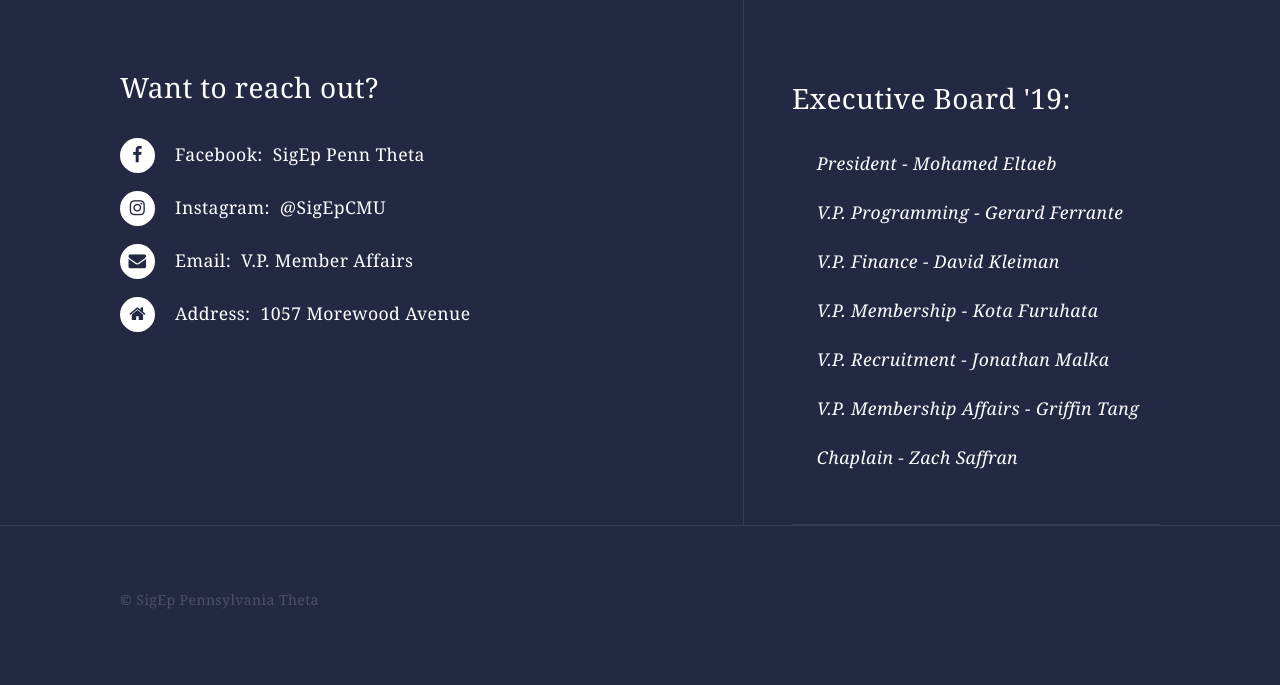
Repository: sigeppenntheta/sigeppenntheta.github.io
Page: index.html
These files come from the project's save history. The page is drawn as it stood at one moment and after the next save; the edit follows.
The browser window is 1280 px wide. The pictures show the part of the page from y = 1180 to 1865 px (the page is 1865 px tall).

Above is the page before, as saved 2019-11-24 18:02:53.

### index.html
<!DOCTYPE HTML>
<html>
	<head>
		<title>SigEp CMU</title>
		<meta charset="utf-8" />
		<meta name="viewport" content="width=device-width, initial-scale=1, user-scalable=no" />
		<link rel="stylesheet" href="assets/css/main.css" />
		<noscript><link rel="stylesheet" href="assets/css/noscript.css" /></noscript>
		<!-- Google Analytics to taylor -->
		<script async src="https://www.googletagmanager.com/gtag/js?id=UA-74339615-3"></script>
		<script>
		  window.dataLayer = window.dataLayer || [];
		  function gtag(){dataLayer.push(arguments);}
		  gtag('js', new Date());

		  gtag('config', 'UA-74339615-3');
		</script>
	</head>
	<link rel="icon" type="image/png" href="images/favicon.png">
	<body class="is-preload">

		<!-- Wrapper -->
			<div id="wrapper">

				<!-- Header -->
					<header id="header" class="alt">
						<a href="index.html" class="logo"><strong>SigEp </strong> <span>Carnegie Mellon University</span></a>
						<nav>
							<a href="#menu">Menu</a>
						</nav>
					</header>

				<!-- Menu -->
					<nav id="menu">
						<ul class="links">
							<li><a href="rush.html" class="button primary fit">Rush</a></li>
							<li><a href="index.html" class="button fit">Home</a></li>
							<li><a href="careers.html">Careers</a></li>
							<li><a href="brothers.html">Values</a></li>
							<li><a href="scholarship.html">Scholarship</a></li>
							<li><a href="campus.html">Campus</a></li>
							<li><a href="portal.html">Portal</a></li>
							<li><a href="donate.html">Donate</a></li>
						</ul>
					</nav>

				<!-- Banner -->
					<section id="banner" class="major">
						<div class="inner">
							<header class="major" align="center">
								<h1>SIGMA PHI EPSILON</h1>
							</header>



							<div class="actions" align="center">
									<a href="rush.html" class="button scrolly">Rush Fall '19</a>
							</div>
						</div>
					</section>

				<!-- Main -->
					<div id="main">

						<!-- One -->
							<section id="one" class="tiles">
								<article>
									<span class="image">
										<img src="images/pic01.jpg" alt="" />
									</span>
									<header class="major">
										<h3><a href="careers.html" class="link">Where We Go</a></h3>
										<p>Forging Careers</p>
									</header>
								</article>
								<article>
									<span class="image">
										<img src="images/pic02.jpg" alt="" />
									</span>
									<header class="major">
										<h3><a href="brothers.html" class="link">Who We Are</a></h3>
										<p>Virtue, Dilligence, Brotherly Love</p>
									</header>
								</article>
								<article>
									<span class="image">
										<img src="images/pic03.jpg" alt="" />
									</span>
									<header class="major">
										<h3><a href="campus.html" class="link">What We Do</a></h3>
										<p>Campus Impact & The Big 3</p>
									</header>
								</article>
								<article>
									<span class="image">
										<img src="images/pic04.jpg" alt="" />
									</span>
									<header class="major">
										<h3><a href="portal.html" class="link">Portal</a></h3>
										<p>Store, Utilities, & More</p>
									</header>
								</article>
							</section>
					</div>

				<!-- Contact -->
					<section id="contact">
						<div class="inner">
							<section>
								<header>
								<h2>Want to reach out?</h2>
									<h4><span class="icon alt fa-facebook"></span>&nbsp;&nbsp;&nbsp;&nbsp;Facebook:&nbsp;&nbsp;<a href="https://www.facebook.com/SigEpPennTheta/">SigEp Penn Theta</a></h4>

									<h4><span class="icon alt fa-instagram"></span>&nbsp;&nbsp;&nbsp;&nbsp;Instagram:&nbsp;&nbsp;<a href="https://www.instagram.com/sigepcmu/">@SigEpCMU</a></h4>

									<h4><span class="icon alt fa-envelope"></span>&nbsp;&nbsp;&nbsp;&nbsp;Email:&nbsp;&nbsp;<a href="mailto:cmusigepvpc@gmail.com">V.P. Member Affairs</a></h4>

									<h4><span class="icon alt fa-home"></span>&nbsp;&nbsp;&nbsp;&nbsp;Address:&nbsp;&nbsp;<a href="https://goo.gl/maps/PK9kApcZ1p72">1057 Morewood Avenue</a></h4>
								</header>
							</section>
							<div class="inner">
							<section id="contact">
								<header>
								<h2 class = "excomm">Executive Board '19:</h2>
									<i>
									<ul>
										<li><a href="https://www.facebook.com/moeltaeb" target="_blank">President - Mohamed Eltaeb</a></li>

										<li><a href="https://www.facebook.com/gerardferrante1" target="_blank">V.P. Programming - Gerard Ferrante</a></li>

										<li><a href="https://www.facebook.com/david.kleiman.9" target="_blank">V.P. Finance - David Kleiman</a></li>

										<li><a href="https://www.facebook.com/kota.furuhata" target="_blank">V.P. Membership - Kota Furuhata</a></li>

										<li><a href="https://www.facebook.com/jonathan.malka.14" target="_blank">V.P. Recruitment - Jonathan Malka</a></li>

										<li><a href="https://www.facebook.com/grifftang" target="_blank">V.P. Membership Affairs - Griffin Tang</a></li>

										<li><a href="https://www.facebook.com/zachsaff" target="_blank">Chaplain - Zach Saffran</a></li>
									</i>
								</header>
							</section>
							</div>
						</div>
					</section>

				<!-- Footer -->
					<footer id="footer">
						<div class="inner">
							<ul class="copyright">
								<li>&copy; SigEp Pennsylvania Theta</li>
							</ul>
						</div>
					</footer>

			</div>

		<!-- Scripts -->
			<script src="assets/js/jquery.min.js"></script>
			<script src="assets/js/jquery.scrolly.min.js"></script>
			<script src="assets/js/jquery.scrollex.min.js"></script>
			<script src="assets/js/browser.min.js"></script>
			<script src="assets/js/breakpoints.min.js"></script>
			<script src="assets/js/util.js"></script>
			<script src="assets/js/main.js"></script>

	</body>
</html>

Loaded but not shown: assets/css/font-awesome.min.css (library); assets/js/jquery.min.js (library); assets/js/jquery.scrolly.min.js (common file); assets/js/jquery.scrollex.min.js (common file); assets/js/browser.min.js (common file); assets/js/breakpoints.min.js (common file); assets/js/util.js (587 lines, source omitted); assets/js/main.js (335 lines, source omitted); assets/css/main.css (3944 lines, source omitted)

After the next save:
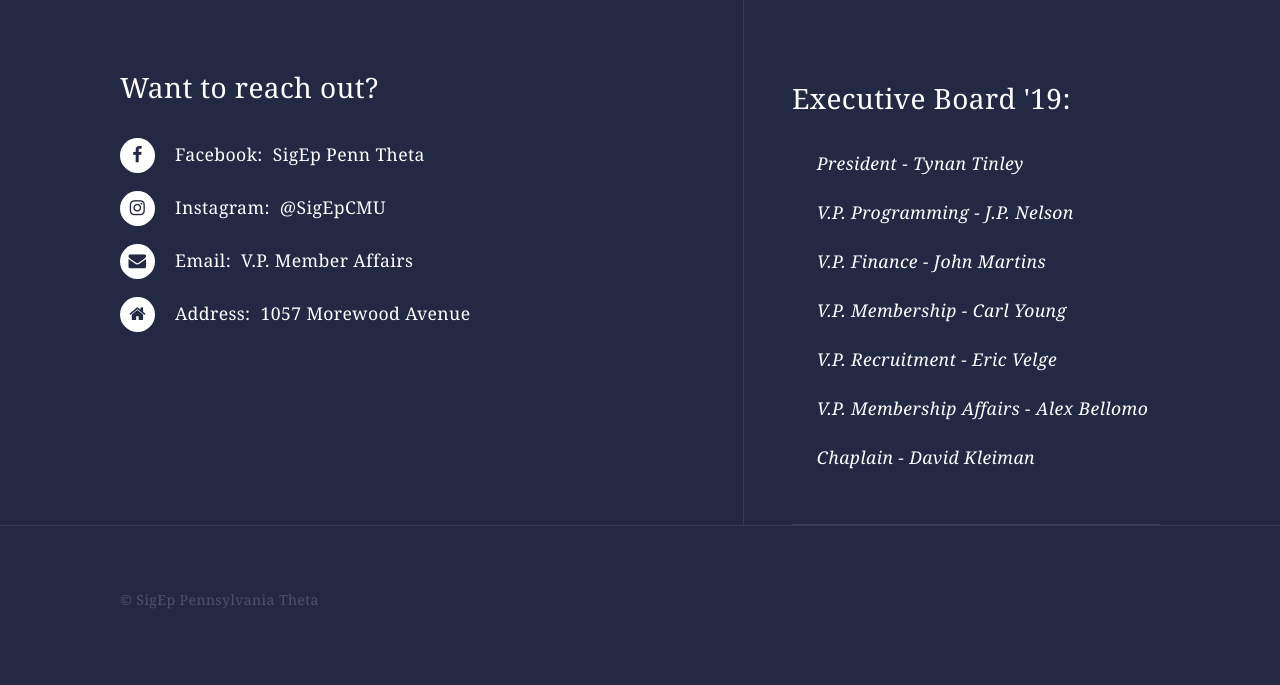
Saved 49 days later.
--- a/index.html
+++ b/index.html
@@ -124,19 +124,19 @@
 								<h2 class = "excomm">Executive Board '19:</h2>
 									<i>
 									<ul>
-										<li><a href="https://www.facebook.com/moeltaeb" target="_blank">President - Mohamed Eltaeb</a></li>
+										<li><a href="https://www.facebook.com/moeltaeb" target="_blank">President - Tynan Tinley</a></li>
 
-										<li><a href="https://www.facebook.com/gerardferrante1" target="_blank">V.P. Programming - Gerard Ferrante</a></li>
+										<li><a href="https://www.facebook.com/gerardferrante1" target="_blank">V.P. Programming - J.P. Nelson</a></li>
 
-										<li><a href="https://www.facebook.com/david.kleiman.9" target="_blank">V.P. Finance - David Kleiman</a></li>
+										<li><a href="https://www.facebook.com/david.kleiman.9" target="_blank">V.P. Finance - John Martins</a></li>
 
-										<li><a href="https://www.facebook.com/kota.furuhata" target="_blank">V.P. Membership - Kota Furuhata</a></li>
+										<li><a href="https://www.facebook.com/kota.furuhata" target="_blank">V.P. Membership - Carl Young</a></li>
 
-										<li><a href="https://www.facebook.com/jonathan.malka.14" target="_blank">V.P. Recruitment - Jonathan Malka</a></li>
+										<li><a href="https://www.facebook.com/jonathan.malka.14" target="_blank">V.P. Recruitment - Eric Velge</a></li>
 
-										<li><a href="https://www.facebook.com/grifftang" target="_blank">V.P. Membership Affairs - Griffin Tang</a></li>
+										<li><a href="https://www.facebook.com/alex.bellomo.14" target="_blank">V.P. Membership Affairs - Alex Bellomo</a></li>
 
-										<li><a href="https://www.facebook.com/zachsaff" target="_blank">Chaplain - Zach Saffran</a></li>
+										<li><a href="https://www.facebook.com/david.kleiman.9" target="_blank">Chaplain - David Kleiman</a></li>
 									</i>
 								</header>
 							</section>
